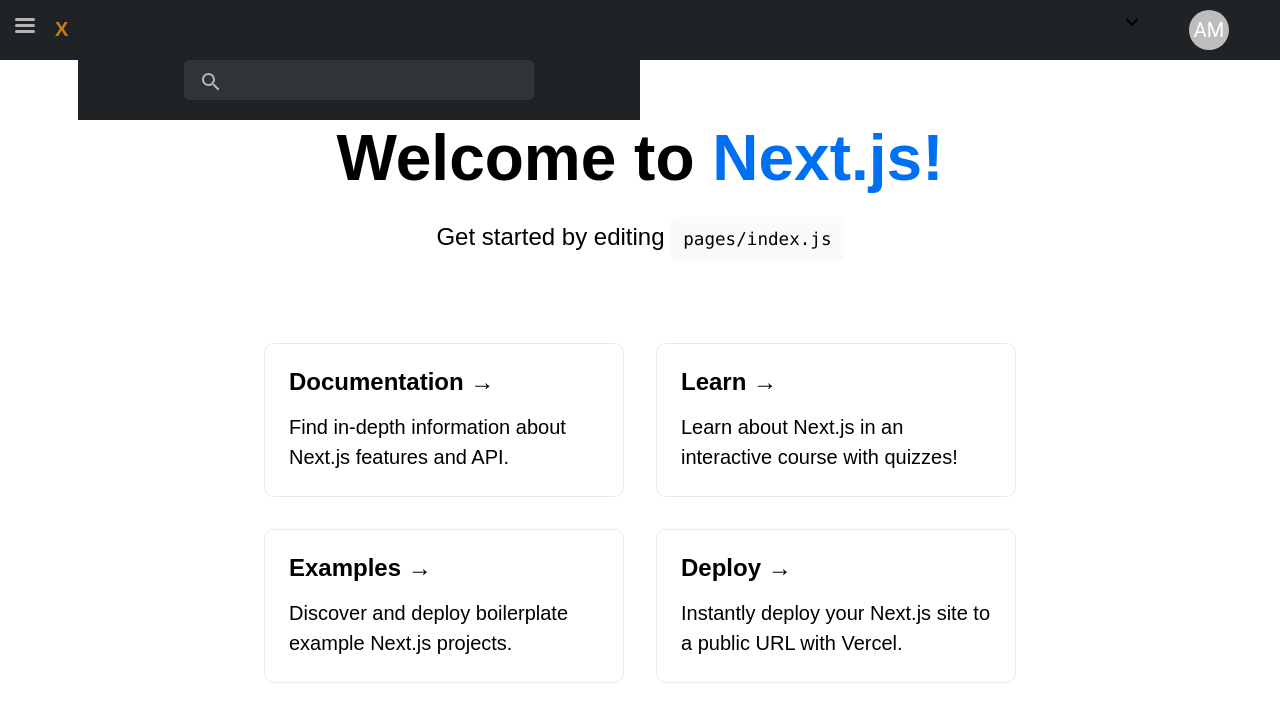
Repository: Amad-Mlinka/MovieTVBrowserNext
Page: /
These files come from the project's save history. The page is drawn as it stood at one moment and after a run of saves; the edit follows.
The browser window is 1280 px wide. The pictures show the whole page.
An inner scrolling area shows only its first screen. The project was rebuilt for these pictures with package versions that can differ from the ones it lists, and the page was loaded fresh each time. The framework's server and built-in components were replaced by stand-ins that run in the browser. Also part of the build but not shown: next.config.js.

Above is the page before, as saved 2021-07-29 22:36:29.

### pages/_app.js
import Layout from '../components/layout/Layout'
import '../styles/globals.scss'


function MyApp({ Component, pageProps }) {
  return (
    <Layout>
      <Component {...pageProps} />
    </Layout>


  )
}

export default MyApp

### components/layout/Layout.tsx
import React from 'react'
import Header from "../header/Header"

const Layout = ({children}) => {
    return (
        <>
        <Header/>
        <main>
            {children}
        </main>
        </>

    )
}

export default Layout

### styles/globals.scss
html, body {
  overflow-x: hidden;
  height: 100%;
}
body {
  background: #fff;
  padding: 0;
  margin: 0;
  font-family: 'Varela Round', sans-serif;
}

a {
  color: inherit;
  text-decoration: none;
}

* {
  box-sizing: border-box;
}

### styles/Home.module.scss
.container {
  min-height: 100vh;
  padding: 0 0.5rem;
  display: flex;
  flex-direction: column;
  justify-content: center;
  align-items: center;
  height: 100vh;
}

.main {
  padding: 5rem 0;
  flex: 1;
  display: flex;
  flex-direction: column;
  justify-content: center;
  align-items: center;
}

.footer {
  width: 100%;
  height: 100px;
  border-top: 1px solid #eaeaea;
  display: flex;
  justify-content: center;
  align-items: center;
}

.footer a {
  display: flex;
  justify-content: center;
  align-items: center;
  flex-grow: 1;
}

.title a {
  color: #0070f3;
  text-decoration: none;
}

.title a:hover,
.title a:focus,
.title a:active {
  text-decoration: underline;
}

.title {
  margin: 0;
  line-height: 1.15;
  font-size: 4rem;
}

.title,
.description {
  text-align: center;
}

.description {
  line-height: 1.5;
  font-size: 1.5rem;
}

.code {
  background: #fafafa;
  border-radius: 5px;
  padding: 0.75rem;
  font-size: 1.1rem;
  font-family: Menlo, Monaco, Lucida Console, Liberation Mono, DejaVu Sans Mono,
    Bitstream Vera Sans Mono, Courier New, monospace;
}

.grid {
  display: flex;
  align-items: center;
  justify-content: center;
  flex-wrap: wrap;
  max-width: 800px;
  margin-top: 3rem;
}

.card {
  margin: 1rem;
  padding: 1.5rem;
  text-align: left;
  color: inherit;
  text-decoration: none;
  border: 1px solid #eaeaea;
  border-radius: 10px;
  transition: color 0.15s ease, border-color 0.15s ease;
  width: 45%;
}

.card:hover,
.card:focus,
.card:active {
  color: #0070f3;
  border-color: #0070f3;
}

.card h2 {
  margin: 0 0 1rem 0;
  font-size: 1.5rem;
}

.card p {
  margin: 0;
  font-size: 1.25rem;
  line-height: 1.5;
}

.logo {
  height: 1em;
  margin-left: 0.5rem;
}

@media (max-width: 600px) {
  .grid {
    width: 100%;
    flex-direction: column;
  }
}

### components/header/Header.tsx
import React, { useState } from 'react'
import headerStyles from "../../styles/Header.module.scss"
import SearchIcon from '@material-ui/icons/Search';
import Avatar from '@material-ui/core/Avatar';
import KeyboardArrowDownIcon from '@material-ui/icons/KeyboardArrowDown';




const Header = () => {
    const [hamburger, setHamburger] = useState(false)
    const hamburgerToggle = () => {
        setHamburger(!hamburger);
    }
    return (
        <>
            <header className={headerStyles.header}>
                <div className={headerStyles.left}>
                    <div className={headerStyles.hamburgerLogo}>
                        <div className={headerStyles.hamburger} onClick={hamburgerToggle}>
                            <div className={`${headerStyles.spinner} ${headerStyles.diagonal} ${headerStyles.part1}`}></div>
                            <div className={`${headerStyles.spinner} ${headerStyles.horizontal}`}></div>
                            <div className={`${headerStyles.spinner} ${headerStyles.diagonal} ${headerStyles.part2}`}></div>
                        </div>
                        <div data-end="X" className={headerStyles.logo}>
                            <span>Movie</span>
                        </div>
                    </div>

                    <div className={headerStyles.search}>
                        <div className="searchContainer">
                            <SearchIcon className={headerStyles.searchIcon} />
                            <input type="search" name="searchBar" className={headerStyles.searchBar} ></input>
                        </div>

                    </div>
                </div>
                <div className={headerStyles.right}>
                    <div className={headerStyles.profile}>
                        <div className={headerStyles.loggedIn}>
                            <KeyboardArrowDownIcon/>
                            <Avatar className={headerStyles.avatar} alt="Amad Mlinaric"> AM </Avatar>
                        </div>
                        <div className={`${headerStyles.notLoggedIn} ${headerStyles.dNone}`}>
                            <div className={headerStyles.loginRegister}>
                                <div className={headerStyles.login}>
                                    <span>Login</span>
                                </div>
                                <span>/</span>
                                <div className={headerStyles.register}>
                                    <span>Register</span>
                                </div>
                            </div>
                        </div>
                    </div>
                </div>

            </header>
            <div className={headerStyles.sidebar}>


            </div>

        </>

    )
}

export default Header

### styles/Header.module.scss
@import "variables.scss";
@import "general.scss";

.header {
    display: flex;
    flex-direction: row;
    justify-content: space-between;
    position: relative;
    top: 0;
    left: 0;
    width: 100%;
    background: $base-color;
    height: 60px;
}
.header {
    display: flex;
    flex-direction: row;
    justify-content: space-between;
    position: relative;
    top: 0;
    left: 0;
    width: 100%;
    background: $base-color;
    height: 60px;
}
.left {
    display: flex;
    flex-direction: row;
    width: 50%;
    justify-content: flex-start;
    align-items: center;
    height: 100%;
}
.hamburgerLogo {
    display: flex;
    flex-direction: row;
}
.hamburger {
    transition: all 0.3s;
    box-sizing: border-box;
    cursor: pointer;
    z-index: 99;
    height: 25px;
    width: 25px;
    margin: 0px 15px;
}
.spinner {
    transition: all 0.3s;
    box-sizing: border-box;
    position: absolute;
    height: 3px;
    width: 20px;
    background-color: #b4b4b4;
    border-radius: 5px;
}
.horizontal {
    transition: all 0.3s;
    box-sizing: border-box;
    position: relative;
}
.diagonal {
    transition: all 0.3s;
    box-sizing: border-box;
    position: relative;
}

.part1 {
    margin-bottom: 3px;
}

.part2 {
    margin-top: 3px;
}

.logo {
    &::after {
        content: "X";
        color: $secondary-color;
        font-weight: bolder;
        font-size: 20px;
    }
    span{
        display: none;
    }
    font-size: 20px;
    color: white;

}
.search {
    position: absolute;
    left: 0;
    top: 60px;
    background: $base-color;
    width: 100%;
    display: flex;
    flex-direction: column;
    justify-content: center;
    align-items: center;

}
.searchIcon {
    position: absolute;
    margin: 10px 15px;
    color: #b4b4b4;
    height: 20px;
}

.searchBar {
    width: 100%;
    background: #303437;
    border: 0;
    height: 40px;
    border-radius: 5px;
    padding-left: 45px;
    caret-color: black;
    transition: background 0.3s ease-in-out;
    margin-bottom: 20px;
    &:focus {
        background: white;
        outline: none;
    }
}
.right{
    height: 100%;
    display: flex;
    flex-direction: row-reverse;
    align-items: center;
    width: 50%;
}
.profile{
    display: flex;
    flex-direction: row;
    width: 33%;
    justify-content:flex-start;
   .loggedIn{
       display: flex;
   }
    .notLoggedIn{
        .loginRegister{
            display: flex;
            flex-direction: row;
            justify-content: space-between;
            color: #b4b4b4;
            width: 115px;
        }

    }
}

@include breakpoint(min-laptop){


    .header {
        display: flex;
        flex-direction: row;
        justify-content: space-between;
        position: relative;
        top: 0;
        left: 0;
        width: 100%;
        background: $base-color;
        height: 60px;
    }
    .left {
        display: flex;
        flex-direction: row;
        width: 50%;
        justify-content: flex-start;
        align-items: center;
        height: 100%;
    }
    .hamburgerLogo {
        display: flex;
        flex-direction: row;
    }
    .hamburger {
        transition: all 0.3s;
        box-sizing: border-box;
        cursor: pointer;
        z-index: 99;
        height: 25px;
        width: 25px;
        margin: 0px 15px;
    }
    .spinner {
        transition: all 0.3s;
        box-sizing: border-box;
        position: absolute;
        height: 3px;
        width: 20px;
        background-color: #b4b4b4;
        border-radius: 5px;
    }
    .horizontal {
        transition: all 0.3s;
        box-sizing: border-box;
        position: relative;
    }
    .diagonal {
        transition: all 0.3s;
        box-sizing: border-box;
        position: relative;
    }

    .part1 {
        margin-bottom: 3px;
    }

    .part2 {
        margin-top: 3px;
    }

    .logo {
        font-size: 20px;
        color: white;
        &::after {
            content: attr(data-end);
            color: $secondary-color;
            font-weight: bolder;
        }
    }
    .search {
        position: relative;
        margin-left: 10px;

    }
    .searchIcon {
        position: absolute;
        margin: 10px 15px;
        color: #b4b4b4;
        height: 20px;
    }

    .searchBar {
        width: 350px;
        background: #303437;
        border: 0;
        height: 40px;
        border-radius: 5px;
        padding-left: 45px;
        caret-color: black;
        transition: background 0.3s ease-in-out;
        &:focus {
            background: white;
            outline: none;
        }
    }
    .right{
        height: 100%;
        display: flex;
        flex-direction: row-reverse;
        align-items: center;
        width: 50%;
    }
    .profile{
        display: flex;
        flex-direction: row;
        width: 33%;
        justify-content: center;
        .loggedIn{
            .avatar{
                margin-left: 45px;
            }
        }
        .notLoggedIn{
            .loginRegister{
                display: flex;
                flex-direction: row;
                justify-content: space-between;
                color: #b4b4b4;
                width: 115px;
            }

        }
    }


}

### styles/variables.scss
$base-color:#1f2326;
$secondary-color:#cb7c17;

@mixin breakpoint($point) {
    @if $point == min-desktop {
      @media (min-width: 993px) { @content ; }
   }
    @else if $point == min-laptop {
      @media (min-width: 769px) { @content ; }
   }
     @else if $point == min-tablet {
      @media (min-width: 593px) { @content ; }
   }
   @else if $point == min-mobile {
      @media (min-width: 0px)  { @content ; }

   }@else if $point == max-desktop {
      @media (max-width: 1200px) { @content ; }

   }@else if $point == max-laptop {
      @media (max-width: 992px) { @content ; }
   }
     @else if $point == max-tablet {
      @media (max-width: 768px) { @content ; }
   }
   @else if $point == max-mobile {
      @media (max-width: 592px)  { @content ; }

   }
 }

### styles/general.scss
.dNone{
    display: none;
}

Loaded but not shown: pages/index.js (common file)

After the next 2 saves:
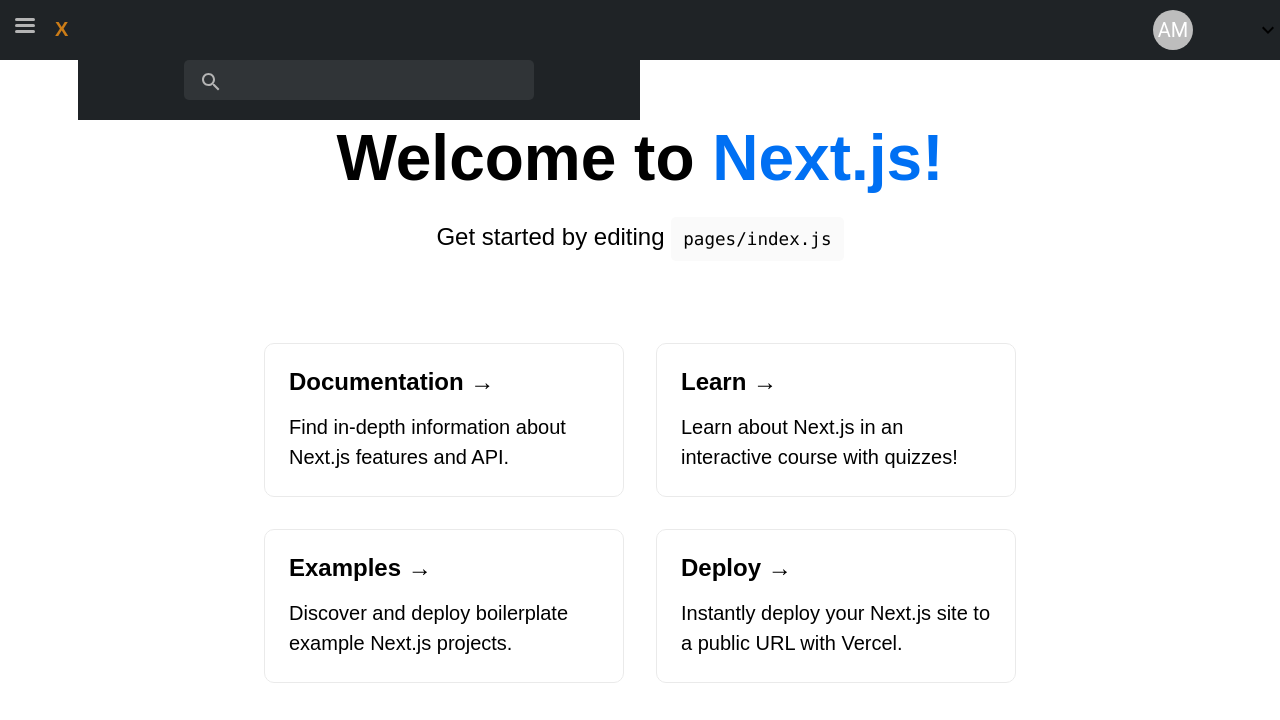
The 2 saves are shown as one change because 1 did not build or start.
The last was saved 106 s later.
--- a/components/header/Header.tsx
+++ b/components/header/Header.tsx
@@ -36,9 +36,10 @@
                     </div>
                 </div>
                 <div className={headerStyles.right}>
+                <KeyboardArrowDownIcon className={headerStyles.expandButton}/>
                     <div className={headerStyles.profile}>
                         <div className={headerStyles.loggedIn}>
-                            <KeyboardArrowDownIcon/>
+
                             <Avatar className={headerStyles.avatar} alt="Amad Mlinaric"> AM </Avatar>
                         </div>
                         <div className={`${headerStyles.notLoggedIn} ${headerStyles.dNone}`}>
